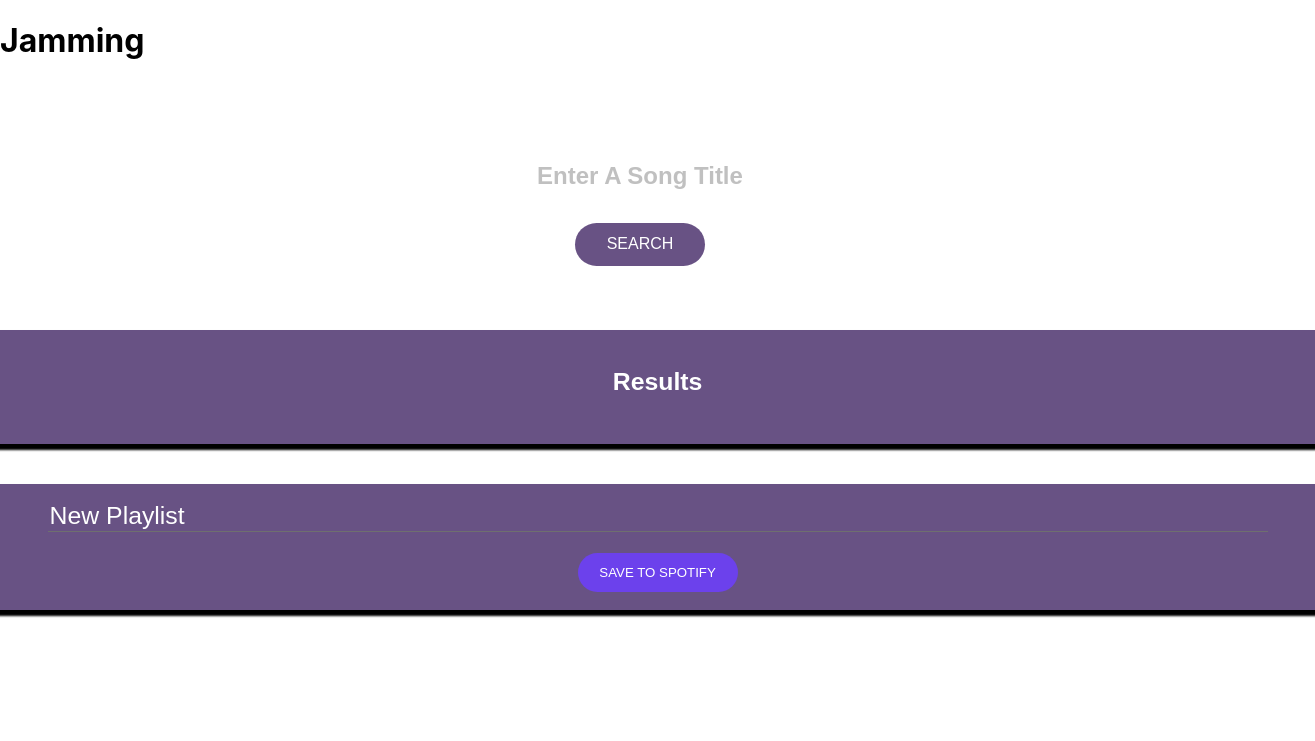
Repository: LolaSL/jamming
Page: /
These files come from the project's save history. The page is drawn as it stood at one moment and after the next save; the edit follows.
The browser window is 1280 px wide. The page is 1315 px wide, then 1280 px, so the pictures cover 1315 px, including what lies to the right of the window. The pictures show the whole page.
The project was rebuilt for these pictures with package versions that can differ from the ones it lists, and the page was loaded fresh each time. Also part of the build but not shown: src/components/Track/Track.css, src/components/Track/Track.jsx.

Above is the page before, as saved 2023-06-23 17:55:43.

### src/App/App.js
import React, { useState, useCallback } from "react";
import "./App.css";

import Playlist from "../components/PlayList/PlayList.jsx";
import SearchBar from "../components/SearchBar/SearchBar";
import SearchResults from "../components/SearchResults/SearchResults";
import Spotify from "../utils/Spotify";

const App = () => {
  const [searchResults, setSearchResults] = useState([]);
  const [playlistName, setPlaylistName] = useState("New Playlist");
  const [playlistTracks, setPlaylistTracks] = useState([]);

  const search = useCallback(async (term) => {
    const results = await Spotify.search(term);
    setSearchResults(results);
  }, []);

  const addTrack = useCallback((track) => {
    if (playlistTracks.some((savedTrack) => savedTrack.id === track.id)) {
      return;
    }
    setPlaylistTracks((prevTracks) => [...prevTracks, track]);
  }, [playlistTracks]);

  const removeTrack = useCallback((track) => {
    setPlaylistTracks((prevTracks) =>
      prevTracks.filter((currentTrack) => currentTrack.id !== track.id)
    );
  }, []);

  const updatePlaylistName = useCallback((name) => {
    setPlaylistName(name);
  }, []);

  const savePlaylist = useCallback(async () => {
    const trackUris = playlistTracks.map((track) => track.uri);
    await Spotify.savePlaylist(playlistName, trackUris);
    setPlaylistName("New Playlist");
    setPlaylistTracks([]);
  }, [playlistName, playlistTracks]);

  return (
    <div className="App-container" data-testid="app-test">
      <h1>
        Jamming
      </h1>
      <SearchBar onSearch={search} />
      <div className="App-playlist">
          <SearchResults searchResults={searchResults} onAdd={addTrack} />
          <Playlist
            playlistName={playlistName}
            playlistTracks={playlistTracks}
            onNameChange={updatePlaylistName}
            onRemove={removeTrack}
            onSave={savePlaylist}
        />
      </div>
      </div>
  );
};

export default App;
;

### src/App/App.css
body,
html,
#root {
  height: 100%;

}
/*
.App-container{
  flex-wrap: wrap;
  height: 150%;
  padding: 0 17% 10% 17%;
  background-image: url('./background.jpg');
  opacity: 0.95;
  background-size: cover;
  overflow: hidden;
  background-position: center;
  background-repeat: no-repeat;
  font-family: 'Work Sans', sans-serif;
  font-weight: 500;
  color: #56649f;
  text-align: center;
  max-width: 100%;

}
h1{
  font-family:'Segoe UI', Tahoma, Geneva, Verdana, sans-serif;
  text-transform: uppercase;
  letter-spacing: 20px;
  color: #ffffff;
  font-size: 4rem;
  margin-top: 60px;
}
.App-playlist{
  display: flex;
  flex-wrap: wrap;
  align-items: justify;
  column-gap: 30px;
  width:500px;
  margin: 0 auto;

}

@media screen and (max-width: 400px) {
  .App-container {
    width: 70%;
    height: auto;
    align-items: center;
  }
}

@media screen and (max-width: 800px) {
  .App-container {
    width:75%;
    height: auto;
    align-items: center;
  }
}
@media only screen and (max-width: 1220px) {
  .App-container {
    width: 90%;
    height: auto;
    align-items: center;
  }
}
@media only screen and (max-width: 1620px) {
  .App-container {
    width: 100%;
    height: auto;
    align-items: center;
  }
} */

### src/components/PlayList/PlayList.jsx
import React, { useCallback } from "react";
import PropTypes from "prop-types";
import "./PlayList.css";
import TrackList from "../TrackList/TrackList";

const Playlist = ({
  onNameChange,
  playlistTracks,
  onRemove,
  onSave
}) => {
  const handleNameChange = useCallback((event) => {
    onNameChange(event.target.value);
  }, [onNameChange]);

  return (
    <div className="Playlist">
      <input onChange={handleNameChange} defaultValue={"New Playlist"} />
      <TrackList
        tracks={playlistTracks}
        isRemoval={true}
        onRemove={onRemove}
      />
      <button className="Playlist-save" onClick={onSave}>
        SAVE TO SPOTIFY
      </button>
    </div>
  );
};

Playlist.propTypes = {
  onNameChange: PropTypes.func,
  playlistTracks: PropTypes.array,
  onRemove: PropTypes.func,
  onSave: PropTypes.func
};

export default Playlist;

### src/components/SearchBar/SearchBar.jsx
import React, { useState, useCallback } from "react";
import "./SearchBar.css";

const SearchBar = ({ onSearch }) => {
  const [term, setTerm] = useState("");

  const handleTermChange = useCallback((event) => {
    setTerm(event.target.value);
  }, []);

  const search = useCallback(() => {
    onSearch(term);
  }, [onSearch, term]);

  return (
    <div className="SearchBar">
      <input placeholder="Enter A Song Title" onChange={handleTermChange} />
      <button className="SearchButton" onClick={search}>
        SEARCH
      </button>
    </div>
  );
};

export default SearchBar;

### src/components/SearchResults/SearchResults.jsx
import React from "react";
import "./SearchResults.css";
import TrackList from "../TrackList/TrackList";

const SearchResults = ({ searchResults, onAdd }) => {
  return (
    <div className="SearchResults">
      <h2>Results</h2>
      <TrackList tracks={searchResults} onAdd={onAdd} />
    </div>
  );
};

export default SearchResults;

### src/utils/Spotify.js
const clientId = 'a18dfb23f21c4bf69aa0c5c6ac72acdc'; // Insert client ID here.
const redirectUri = 'http://localhost:3000/'; // Have to add this to your accepted Spotify redirect URIs on the Spotify API.

let accessToken;

const Spotify = {
  getAccessToken() {
    if (accessToken) {
      return accessToken;
    }

    const accessTokenMatch = window.location.href.match(/access_token=([^&]*)/);
    const expiresInMatch = window.location.href.match(/expires_in=([^&]*)/);
    if (accessTokenMatch && expiresInMatch) {
      accessToken = accessTokenMatch[1];
      const expiresIn = Number(expiresInMatch[1]);
      window.setTimeout(() => accessToken = '', expiresIn * 1000);
      window.history.pushState('Access Token', null, '/'); // This clears the parameters, allowing us to grab a new access token when it expires.
      return accessToken;
    } else {
      const accessUrl = `https://accounts.spotify.com/authorize?client_id=${clientId}&response_type=token&scope=playlist-modify-public&redirect_uri=${redirectUri}`;
      window.location = accessUrl;
    }
  },

  async search(term) {
    const accessToken = Spotify.getAccessToken();
    const response = await fetch(`https://api.spotify.com/v1/search?type=track&q=${term}`, {
      headers: {
        Authorization: `Bearer ${accessToken}`
      }
    });
    const jsonResponse = await response.json();
    if (!jsonResponse.tracks) {
      return [];
    }
    return jsonResponse.tracks.items.map(track => ({
      id: track.id,
      name: track.name,
      artist: track.artists[0].name,
      album: track.album.name,
      popularity: track.popularity,
      uri: track.uri
    }));
  },

  savePlaylist(name, trackUris) {
    if (!name || !trackUris.length) {
      return;
    }

    const accessToken = Spotify.getAccessToken();
    const headers = { Authorization: `Bearer ${accessToken}` };
    let userId;

    return fetch('https://api.spotify.com/v1/me', { headers: headers }
    ).then(response => response.json()
    ).then(jsonResponse => {
      userId = jsonResponse.id;
      return fetch(`https://api.spotify.com/v1/users/${userId}/playlists`, {
        headers: headers,
        method: 'POST',
        body: JSON.stringify({ name: name })
      }).then(response => response.json()
      ).then(jsonResponse => {
        const playlistId = jsonResponse.id;
        return fetch(`https://api.spotify.com/v1/users/${userId}/playlists/${playlistId}/tracks`, {
          headers: headers,
          method: 'POST',
          body: JSON.stringify({ uris: trackUris })
        });
      });
    });
  }
};

export default Spotify;

### src/components/PlayList/PlayList.css
.Playlist {
    display: flex;
    flex-direction: column;
    align-items: center;
    justify-items: center;
    overflow-y: scroll;
    width: 100%;
    max-height: 900px;
    padding: 1.1rem;
    background-color: rgba(40, 9, 80, 0.7);
    box-shadow: 0 4px 2px 2px #000000;

  }

  .Playlist input {
    width: 95%;
    border: 0;
    outline: 0;
    background: transparent;
    border-bottom: 1px solid #6f6f6f;
    font-family: 'Poppins', sans-serif;
    font-size: 1.55rem;
    color: #fff;
  }

  .Playlist-save {
    cursor: pointer;
    width: 10rem;
    padding: .77rem 0;
    border-radius: 54px;
    border-width: 0px;
    margin-top: 1.27rem;
    background-color: #6c41ec;
    text-align: center;
    font-size: .83rem;
    transition: background-color .25s;
    color: #fff;
    font-weight: 500;
  }

  .Playlist-save:hover {
    background-color: rgba(108, 65, 233, .7);
  }

  ::-webkit-scrollbar {
      width: 0px;
      background: transparent;
  }

  @media screen and (min-width: 400px) {
    .Playlist {
      width: 70%;
      height: auto;
      align-items: center;
    }
  }

  @media screen and (min-width: 800px) {
    .Playlist {
      width:75%;
      height: auto;
    }
  }
  @media only screen and (max-width: 1220px) {
    .Playlist {
      width: 90%;
      height: auto;
      align-items: center;
    }
  }
  @media only screen and (max-width: 1620px) {
    .Playlist {
      width: 100%;
      height: auto;
      align-items: center;
    }
  }

### src/components/TrackList/TrackList.jsx
import React from "react";
import PropTypes from "prop-types";
import "./TrackList.css";
import Track from "../Track/Track";

const TrackList = ({ tracks, onAdd, isRemoval, onRemove }) => {
  return (
    <div className="TrackList">
      {tracks.map((track, index) => (
        <Track
          key={index}
          track={track}
          onAdd={onAdd}
          isRemoval={isRemoval}
          onRemove={onRemove}
        />
      ))}
    </div>
  );
};

TrackList.propTypes = {
  tracks: PropTypes.array,
  onAdd: PropTypes.func,
  onRemove: PropTypes.func,
  isRemoval: PropTypes.bool,
};

export default TrackList;

### src/components/SearchBar/SearchBar.css
.SearchBar {
  display: flex;
  flex-direction: column;
  align-items: center;
  padding-top: 4rem;
  margin-bottom: 4rem;
}

.SearchBar input {
  width: 450px;
  height: 25px;
  padding:1rem 0;
  border: 2px solid #fff;
  border-radius: 15px;
  margin-bottom: 1rem;
  color: black;
  font-weight: 600;
  text-align: center;
  font-size: 1.5rem;
  opacity: 0.45;
  z-index: 1;
}

.SearchBar input:focus {
  outline: none;
}

.SearchButton {
  cursor: pointer;
  width: 8.11rem;
  padding: 0.77rem 0;
  border-radius: 54px;
  background-color: rgba(40, 9, 80, 0.7);
  text-align: center;
  font-size: 1rem;
  transition: background-color 0.25s;
  border: 0px;
  color: #fff;
  font-weight: 500;
}

.SearchButton:hover {
  background-color: rgba(108, 65, 233, 0.7);
}

### src/components/SearchResults/SearchResults.css
.SearchResults {
  display: flex;
  flex-direction: column;
  align-items: left;
  overflow-y: scroll;
  width: 38%;
  max-height: 900px;
  padding: 1.1rem;
  background-color: rgba(40, 9, 80, 0.7);
  box-shadow: 0 4px 2px 2px #000000;
  gap: 10px;

  }
  h2{
    font-family: 'Poppins', sans-serif;
    color: #ffffff;
    text-align: left;
    font-size: 1.55rem;
  }
  ::-webkit-scrollbar {
      width: 0px;
      background: transparent;
  }

  /* @media only screen and (max-width: 1020px) {
    .SearchResults {
      width: 90%;
      margin-bottom:2.5rem;
    }
  } */

  @media screen and (min-width: 400px) {
    .SearchResults {
      width: 70%;
      margin-bottom:1.5rem;
      align-items: center;
    }
  }

  @media screen and (min-width: 800px) {
    .SearchResults {
      width:75%;
      margin-bottom:2rem;
      align-items: center;
    }
  }
  @media only screen and (max-width: 1220px) {
    .SearchResults {
      width: 90%;
      margin-bottom:2.5rem;
      align-items: center;
    }
  }
  @media only screen and (max-width: 1620px) {
    .SearchResults {
      width: 100%;
      margin-bottom:2.5rem;
      align-items: center;
    }
  }

### src/components/TrackList/TrackList.css
.TrackList {
    width: 100%;
    overflow-y: scroll;
  }

  @media screen and (max-width: 400px) {
    .TrackList {
      width: 70%;
      height: auto;
      align-items: center;
    }
  }

  @media screen and (max-width: 800px) {
    .TrackList {
      width:75%;
      height: auto;
      align-items: center;
    }
  }
  @media only screen and (max-width: 1220px) {
    .TrackList {
      width: 90%;
      height: auto;
      align-items: center;
    }
  }
  @media only screen and (max-width: 1620px) {
    .TrackList {
      width: 100%;
      height: auto;
      align-items: center;
    }
  }

Loaded but not shown: public/index.html (common file); src/index.js (common file); src/index.css (common file); src/reportWebVitals.js (common file)

After the next save:
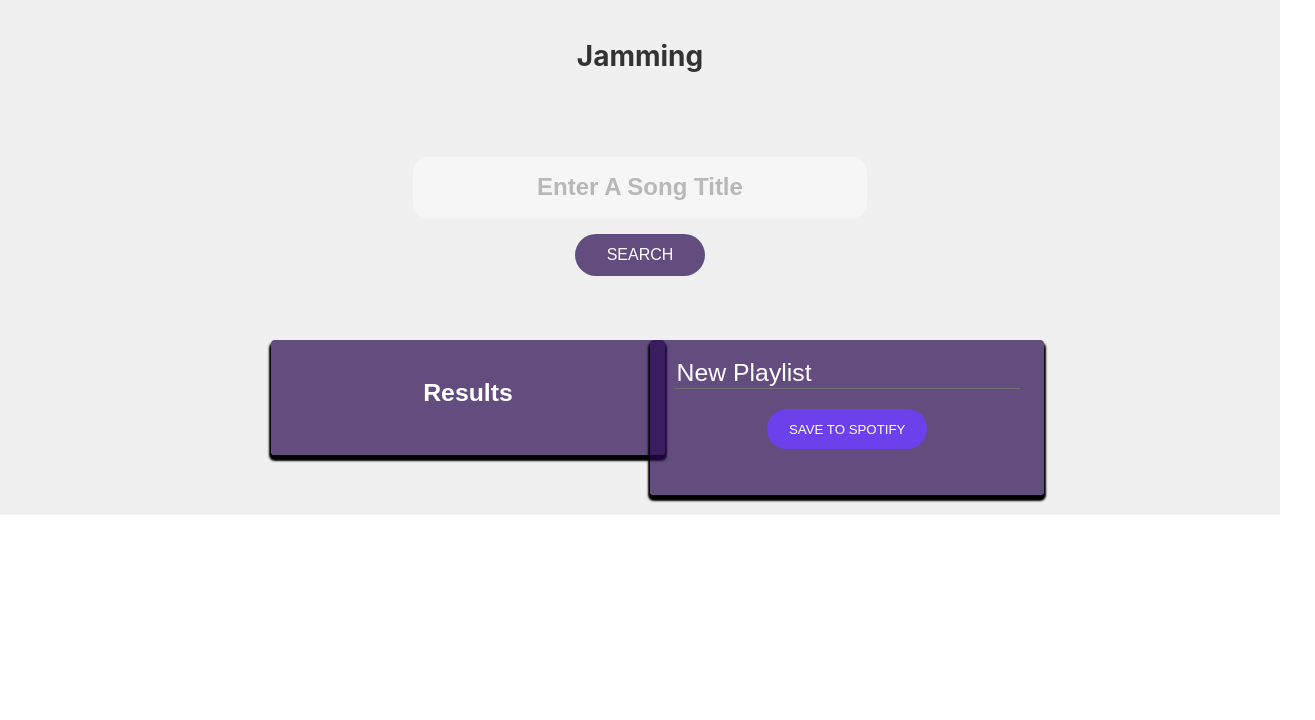
Saved 10 s later.
--- a/src/App/App.css
+++ b/src/App/App.css
@@ -4,6 +4,47 @@ html,
   height: 100%;
 
 }
+
+/* CSS for App-container */
+.App-container {
+  display: flex;
+  flex-direction: column;
+  align-items: center;
+  padding: 20px;
+  background-color: #f0f0f0;
+}
+
+/* CSS for h1 */
+h1 {
+  font-size: 28px;
+  margin-bottom: 20px;
+  color: #333;
+}
+
+/* CSS for SearchBar */
+.SearchBar {
+  display: flex;
+  justify-content: center;
+  align-items: center;
+  margin-bottom: 20px;
+}
+
+/* CSS for App-playlist */
+.App-playlist {
+  display: grid;
+  grid-template-columns: 1fr 1fr;
+  grid-gap: 20px;
+}
+
+/* CSS for SearchResults and Playlist components */
+.SearchResults,
+.Playlist {
+  background-color: #fff;
+  padding: 20px;
+  border-radius: 4px;
+  box-shadow: 0 2px 4px rgba(0, 0, 0, 0.1);
+}
+
 /*
 .App-container{
   flex-wrap: wrap;
